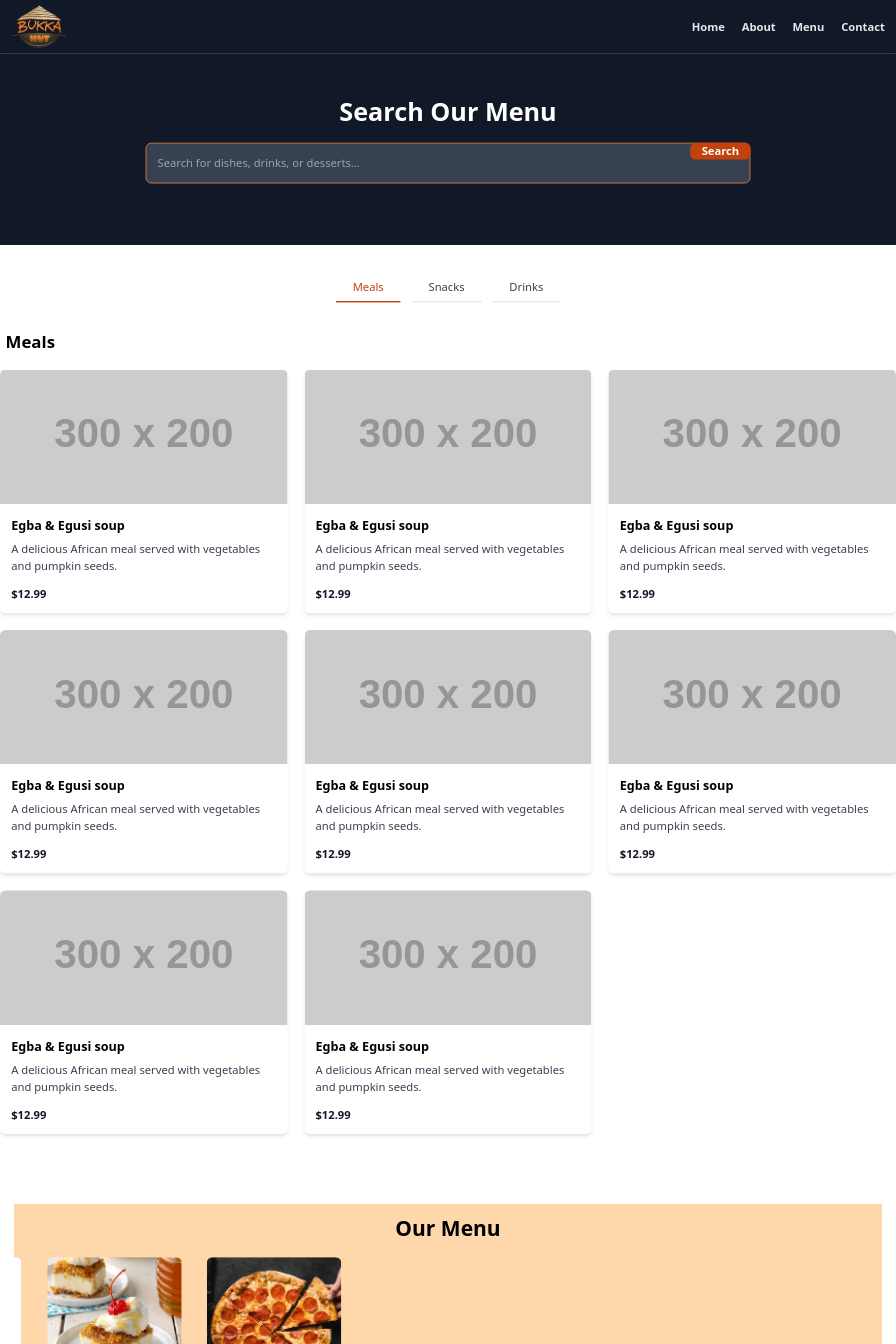
Repository: countaustin1990/BUKKAHUT
Page: Menu.test.html
These files come from the project's save history. The page is drawn as it stood at one moment and after the next save; the edit follows.
The browser window is 1280 px wide. The pictures show the part of the page from y = 0 to 1920 px (the page is 2374 px tall), at 70% of full size.
A picture or video elsewhere on the page could not be fetched, so the positions and the page height are approximate. Some web libraries are served in a nearby version.

Above is the page before, as saved 2024-08-25 23:27:52.

### Menu.test.html
<!DOCTYPE html>
<html lang="en">

<head>
    <meta name="viewport" content="width=device-width, initial-scale=1.0">
    <meta property="Logo" content="./Logo.png" />

    <title>Bukka Hut</title>
    <link rel="stylesheet" href="style.css" />
    <script src="https://cdn.tailwindcss.com"></script>
    <link rel="stylesheet"
        href="https://cdnjs.cloudflare.com/ajax/libs/font-awesome/6.0.0-beta3/css/all.min.css">
    <style>
        @keyframes scroll {
            0% {
                transform: translateX(0);
            }

            100% {
                transform: translateX(-100%);
            }
        }

        .animate-scroll {
            display: inline-flex;
            animation: scroll 10s linear infinite;
        }
    </style>
</head>

<body class="font-sans antialiased">
    <!-- Back to Top Button -->
    <button id="backToTop"
        class="fixed bottom-8 right-8 text-bold bg-orange-700 text-gray-800 p-4 rounded-full shadow-lg hover:bg-orange-600 transition-transform transform hover:scale-110">
        <svg xmlns="http://www.w3.org/2000/svg" class="h-6 w-6 text-gray-200 mx-auto" fill="none" viewBox="0 0 24 24"
            stroke="currentColor" stroke-width="2">
            <path stroke-linecap="round" stroke-linejoin="round" d="M5 10l7-7m0 0l7 7m-7-7v18" />
        </svg>
    </button>

    <!-- Navigation -->
    <nav class="shadow-md bg-gray-900 text-gray-200">
        <div class="container mx-auto px-4 py-2 flex items-center justify-between">
            <a href="#" class="text-2xl font-bold text-blue-600 flex items-center">
                <img src="Logo-r.png" alt="Bukka Hut" width="80">
            </a>
            <div class="hidden md:flex space-x-6">
                <a href="index.html" class="text-gray-200 hover:text-orange-700 font-bold">Home</a>
                <a href="About.html" class="text-gray-200 hover:text-orange-700 font-bold">About</a>
                <a href="Menu.html" class="text-gray-200 hover:text-orange-700 font-bold">Menu</a>
                <a href="./Contact.main.html" class="text-gray-200 hover:text-orange-700 font-bold">Contact</a>
            </div>
            <button id="menu-button" class="md:hidden text-white focus:outline-none">
                <svg xmlns="http://www.w3.org/2000/svg" fill="none" viewBox="0 0 24 24" stroke="currentColor"
                    class="w-6 h-6">
                    <path stroke-linecap="round" stroke-linejoin="round" stroke-width="2"
                        d="M4 6h16M4 12h16M4 18h16" />
                </svg>
            </button>
        </div>

        <!-- Mobile Menu -->
        <div id="mobile-menu" class="hidden md:hidden bg-gray-900 shadow-md">
            <a href="index.html" class="block px-4 py-2 text-white hover:bg-orange-600">Home</a>
            <a href="About.html" class="block px-4 py-2 text-white hover:bg-orange-600">About</a>
            <a href="Menu.html" class="block px-4 py-2 text-white hover:bg-orange-600">Menu</a>
            <a href="Contact.main.html" class="block px-4 py-2 text-white hover:bg-orange-600">Contact</a>
        </div>
    </nav>

    <!-- Search Bar Section -->
    <section class="py-16 bg-gray-900 text-white">
        <div class="max-w-4xl mx-auto px-4 text-center">
            <h2 class="text-4xl font-bold mb-6">Search Our Menu</h2>
            <div class="relative">
                <input id="searchInput" type="text" placeholder="Search for dishes, drinks, or desserts..."
                    class="w-full p-4 rounded-lg bg-gray-700 border border-orange-400 focus:outline-none focus:ring-2 focus:ring-yellow-500">
                <button id="searchButton"
                    class="absolute right-0 top-0  bg-orange-700 hover:bg-orange-600 text-white px-4 rounded-lg font-semibold">
                    Search
                </button>
            </div>
            <ul id="resultsList" class="mt-6 text-left"></ul>
        </div>
    </section>

    <!-- Tabs for Menu Categories -->
    <div class="container mx-auto py-10" id="menuItems">
        <div class="flex justify-center mb-8">
            <button class="tab-btn text-orange-700 border-b-2 px-6 py-2 mx-2 focus:outline-none focus:border-b-4 border-orange-700"
                onclick="showTab('meals')">Meals</button>
            <button class="tab-btn text-gray-700 border-b-2 px-6 py-2 mx-2 focus:outline-none"
                onclick="showTab('snacks')">Snacks</button>
            <button class="tab-btn text-gray-700 border-b-2 px-6 py-2 mx-2 focus:outline-none"
                onclick="showTab('drinks')">Drinks</button>
        </div>

        <!-- Meals Tab -->
        <div id="meals" class="tab-content">
            <h2 class="text-2xl font-bold mb-4 p-2">Meals</h2>
            <div class="grid grid-cols-1 sm:grid-cols-2 lg:grid-cols-3 gap-6">
                <!-- Meal Cards -->
                <div class="bg-white shadow-md rounded-lg overflow-hidden">
                    <img src="https://via.placeholder.com/300x200" alt="Meal" class="w-full h-48 object-cover">
                    <div class="p-4">
                        <h3 class="text-lg font-bold mb-2">Egba & Egusi soup</h3>
                        <p class="text-gray-700">A delicious African meal served with vegetables and pumpkin seeds.</p>
                        <p class="text-gray-900 font-bold mt-4">$12.99</p>
                    </div>
                </div>
                <!-- Meal Cards -->
                <div class="bg-white shadow-md rounded-lg overflow-hidden">
                    <img src="https://via.placeholder.com/300x200" alt="Meal" class="w-full h-48 object-cover">
                    <div class="p-4">
                        <h3 class="text-lg font-bold mb-2">Egba & Egusi soup</h3>
                        <p class="text-gray-700">A delicious African meal served with vegetables and pumpkin seeds.</p>
                        <p class="text-gray-900 font-bold mt-4">$12.99</p>
                    </div>
                </div>
                <!-- Add more meal cards as needed -->
                <!-- Meal Cards -->
                <div class="bg-white shadow-md rounded-lg overflow-hidden">
                    <img src="https://via.placeholder.com/300x200" alt="Meal" class="w-full h-48 object-cover">
                    <div class="p-4">
                        <h3 class="text-lg font-bold mb-2">Egba & Egusi soup</h3>
                        <p class="text-gray-700">A delicious African meal served with vegetables and pumpkin seeds.</p>
                        <p class="text-gray-900 font-bold mt-4">$12.99</p>
                    </div>
                </div>
                <!-- Add more meal cards as needed -->
                <!-- Meal Cards -->
                <div class="bg-white shadow-md rounded-lg overflow-hidden">
                    <img src="https://via.placeholder.com/300x200" alt="Meal" class="w-full h-48 object-cover">
                    <div class="p-4">
                        <h3 class="text-lg font-bold mb-2">Egba & Egusi soup</h3>
                        <p class="text-gray-700">A delicious African meal served with vegetables and pumpkin seeds.</p>
                        <p class="text-gray-900 font-bold mt-4">$12.99</p>
                    </div>
                </div>
                <!-- Add more meal cards as needed -->
                <!-- Meal Cards -->
                <div class="bg-white shadow-md rounded-lg overflow-hidden">
                    <img src="https://via.placeholder.com/300x200" alt="Meal" class="w-full h-48 object-cover">
                    <div class="p-4">
                        <h3 class="text-lg font-bold mb-2">Egba & Egusi soup</h3>
                        <p class="text-gray-700">A delicious African meal served with vegetables and pumpkin seeds.</p>
                        <p class="text-gray-900 font-bold mt-4">$12.99</p>
                    </div>
                </div>
                <!-- Add more meal cards as needed -->
                <!-- Meal Cards -->
                <div class="bg-white shadow-md rounded-lg overflow-hidden">
                    <img src="https://via.placeholder.com/300x200" alt="Meal" class="w-full h-48 object-cover">
                    <div class="p-4">
                        <h3 class="text-lg font-bold mb-2">Egba & Egusi soup</h3>
                        <p class="text-gray-700">A delicious African meal served with vegetables and pumpkin seeds.</p>
                        <p class="text-gray-900 font-bold mt-4">$12.99</p>
                    </div>
                </div>
                <!-- Add more meal cards as needed -->
                <!-- Meal Cards -->
                <div class="bg-white shadow-md rounded-lg overflow-hidden">
                    <img src="https://via.placeholder.com/300x200" alt="Meal" class="w-full h-48 object-cover">
                    <div class="p-4">
                        <h3 class="text-lg font-bold mb-2">Egba & Egusi soup</h3>
                        <p class="text-gray-700">A delicious African meal served with vegetables and pumpkin seeds.</p>
                        <p class="text-gray-900 font-bold mt-4">$12.99</p>
                    </div>
                </div>
                <!-- Add more meal cards as needed -->
                <!-- Meal Cards -->
                <div class="bg-white shadow-md rounded-lg overflow-hidden">
                    <img src="https://via.placeholder.com/300x200" alt="Meal" class="w-full h-48 object-cover">
                    <div class="p-4">
                        <h3 class="text-lg font-bold mb-2">Egba & Egusi soup</h3>
                        <p class="text-gray-700">A delicious African meal served with vegetables and pumpkin seeds.</p>
                        <p class="text-gray-900 font-bold mt-4">$12.99</p>
                    </div>
                </div>
                <!-- Add more meal cards as needed -->
                <!-- Add more meal cards as needed -->
            </div>
        </div>

        <!-- Snacks Tab (Hidden by default) -->
        <div id="snacks" class="tab-content hidden">
            <h2 class="text-2xl font-bold mb-4 p-2">Snacks</h2>
            <div class="grid grid-cols-1 sm:grid-cols-2 lg:grid-cols-3 gap-6">
                <!-- Snack Cards -->
                <div class="bg-white shadow-md rounded-lg overflow-hidden">
                    <img src="https://via.placeholder.com/300x200" alt="Snack" class="w-full h-48 object-cover">
                    <div class="p-4">
                        <h3 class="text-lg font-bold mb-2">Puff Puff</h3>
                        <p class="text-gray-700">A popular West African snack.</p>
                        <p class="text-gray-900 font-bold mt-4">$4.99</p>
                    </div>
                </div>
                <!-- Add more snack cards as needed -->
            </div>
        </div>

        <!-- Drinks Tab (Hidden by default) -->
        <div id="drinks" class="tab-content hidden">
            <h2 class="text-2xl font-bold mb-4 p-2">Drinks</h2>
            <div class="grid grid-cols-1 sm:grid-cols-2 lg:grid-cols-3 gap-6">
                <!-- Drink Cards -->
                <div class="bg-white shadow-md rounded-lg overflow-hidden">
                    <img src="https://via.placeholder.com/300x200" alt="Drink" class="w-full h-48 object-cover">
                    <div class="p-4">
                        <h3 class="text-lg font-bold mb-2">Chapman</h3>
                        <p class="text-gray-700">A refreshing non-alcoholic Nigerian cocktail.</p>
                        <p class="text-gray-900 font-bold mt-4">$5.99</p>
                    </div>
                </div>
                <!-- Add more drink cards as needed -->
            </div>
        </div>
    </div>
    <!--------------------------------------------------------------------------------------------->
  <section class="flex justify-center items-center p-5 container mx-auto vote">
  <div class="overflow-x-auto whitespace-nowrap py-4 px-6 bg-orange-200 mt-5 container mx-auto">
    <h2 class="text-3xl text-center font-bold mb-6">Our Menu</h2>
    <div class="animate-scroll">
      <a href="Menu.html">
        <img src="burger.jpg" alt="Burger" class="inline-block h-48 mx-4 rounded-lg">
        <img src="fries.jpg" alt="Fries" class="inline-block h-48 mx-4 rounded-lg">
        <img src="drink.jpg" alt="Drink" class="inline-block h-48 mx-4 rounded-lg">
        <img src="dessert.jpg" alt="Dessert" class="inline-block h-48 mx-4 rounded-lg">
        <img src="pizza.jpg" alt="Pizza" class="inline-block h-48 mx-4 rounded-lg">
      </a>
      <!-- Repeat images as needed to fill the scroll area -->
    </div>
  </div>
</section>

    <!-- Menu Scroll Section -->
    <section class="flex justify-center items-center p-5 container mx-auto rounded-lg">
        <div class="overflow-x-auto whitespace-nowrap py-4 px-6 bg-orange-200 mt-5 container mx-auto">
            <h2 class="text-3xl text-center font-bold mb-6">Our Menu</h2>
            <div class="animate-scroll">
                <img src="burger.jpg" alt="Burger" class="inline-block h-48 mx-4 rounded-lg">
                <img src="fries.jpg" alt="Fries" class="inline-block h-48 mx-4 rounded-lg">
                <img src="salad.jpg" alt="Salad" class="inline-block h-48 mx-4 rounded-lg">
                <!-- Add more images as needed -->
            </div>
        </div>
    </section>

   <script>
    // JavaScript for Tab Functionality
    function showTab(tabName) {
        const tabs = document.querySelectorAll('.tab-content');
        tabs.forEach(tab => tab.classList.add('hidden'));
        document.getElementById(tabName).classList.remove('hidden');
        document.querySelectorAll('.tab-btn').forEach(button => button.classList.remove('border-orange-700', 'text-orange-700'));
        document.querySelector(`[onclick="showTab('${tabName}')"]`).classList.add('border-orange-700', 'text-orange-700');
    }

    // Mobile Menu Toggle
    document.getElementById('menu-button').addEventListener('click', function () {
        document.getElementById('mobile-menu').classList.toggle('hidden');
    });

    // Back to Top Button
    const backToTopButton = document.getElementById('backToTop');
    window.addEventListener('scroll', () => {
        if (window.scrollY > 300) {
            backToTopButton.classList.remove('hidden');
        } else {
            backToTopButton.classList.add('hidden');
        }
    });

    backToTopButton.addEventListener('click', () => {
        window.scrollTo({ top: 0, behavior: 'smooth' });
    });

    // Search Functionality
    document.getElementById('searchButton').addEventListener('click', function () {
        const searchQuery = document.getElementById('searchInput').value.toLowerCase();
        const resultsList = document.getElementById('resultsList');
        resultsList.innerHTML = '';

        // Mock data categorized by tabs
        const menuItems = {
            meals: ['Egba & Egusi soup'],
            snacks: ['Puff Puff'],
            drinks: ['Chapman']
        };

        let foundItem = false;

        Object.keys(menuItems).forEach(tabName => {
            menuItems[tabName].forEach(item => {
                if (item.toLowerCase().includes(searchQuery)) {
                    foundItem = true;
                    // Display the corresponding tab
                    showTab(tabName);

                    // Find the relevant item in the tab and highlight it
                    const tabContent = document.getElementById(tabName);
                    const itemElements = tabContent.querySelectorAll('h3');
                    itemElements.forEach(el => {
                        if (el.textContent.toLowerCase().includes(searchQuery)) {
                            el.scrollIntoView({ behavior: 'smooth', block: 'center' });
                            el.classList.add('bg-yellow-300'); // Highlighting the item
                            setTimeout(() => {
                                el.classList.remove('bg-yellow-300');
                            }, 2000);
                        }
                    });
                }
            });
        });

        // If no item is found, show a message
        if (!foundItem) {
            resultsList.innerHTML = '<li class="text-red-500">No items found matching your search.</li>';
        }
    });
</script>

</body>

</html>

### style.css
/*CSS*/

#backToTop {
  z-index: 1000;
}

#home {
    height: 80svh;
}

#about {
    height: 40svh;
    margin-bottom: 150px;
}
.vote {
    margin-top: 20px;
}

.abata {
    padding: 16px 20px;
}

After the next save:
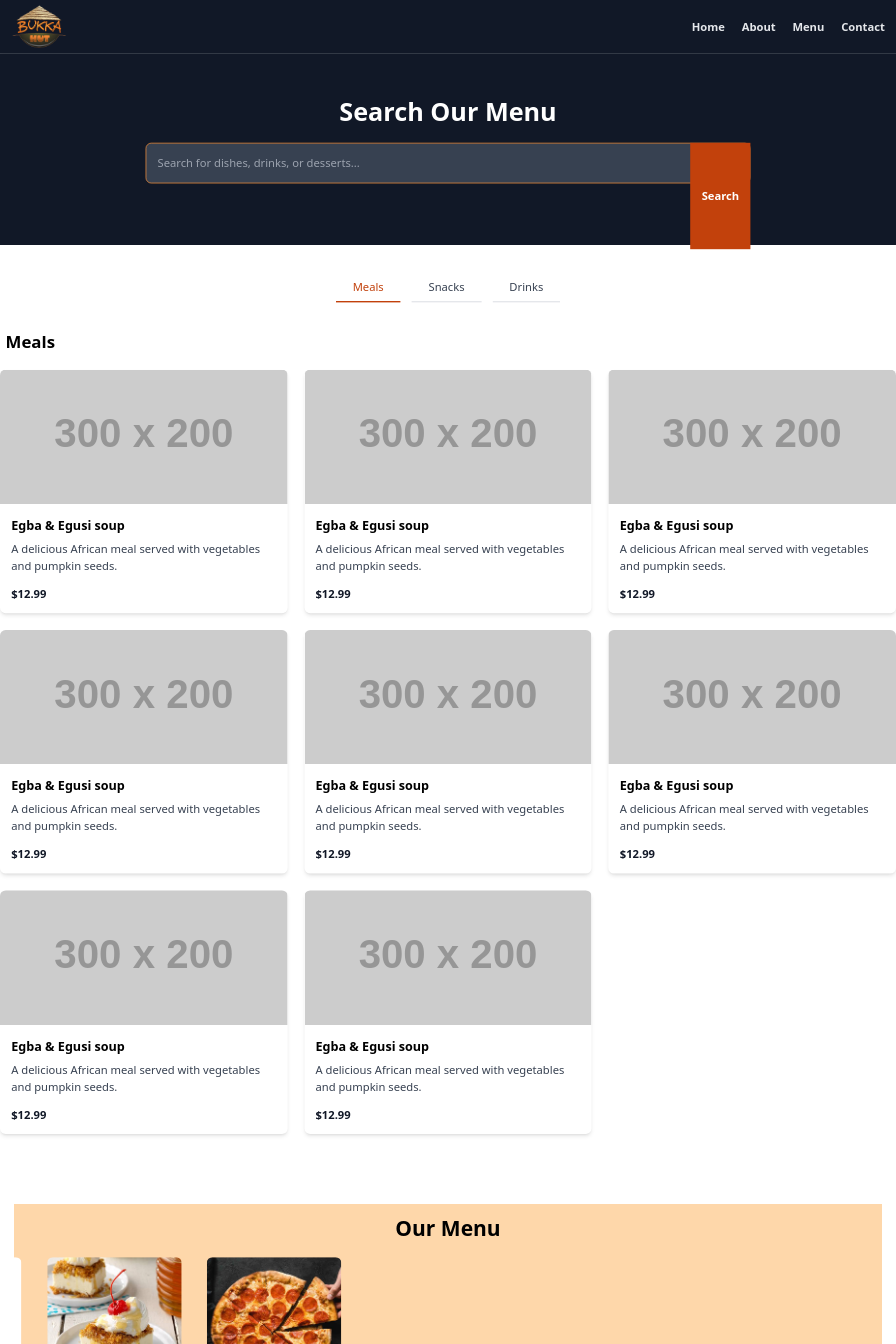
Saved 15 s later.
--- a/Menu.test.html
+++ b/Menu.test.html
@@ -76,7 +76,7 @@
                 <input id="searchInput" type="text" placeholder="Search for dishes, drinks, or desserts..."
                     class="w-full p-4 rounded-lg bg-gray-700 border border-orange-400 focus:outline-none focus:ring-2 focus:ring-yellow-500">
                 <button id="searchButton"
-                    class="absolute right-0 top-0  bg-orange-700 hover:bg-orange-600 text-white px-4 rounded-lg font-semibold">
+                    class="absolute right-0 top-0  bg-orange-700 hover:bg-orange-600 text-white px-4 py-16 font-semibold">
                     Search
                 </button>
             </div>
